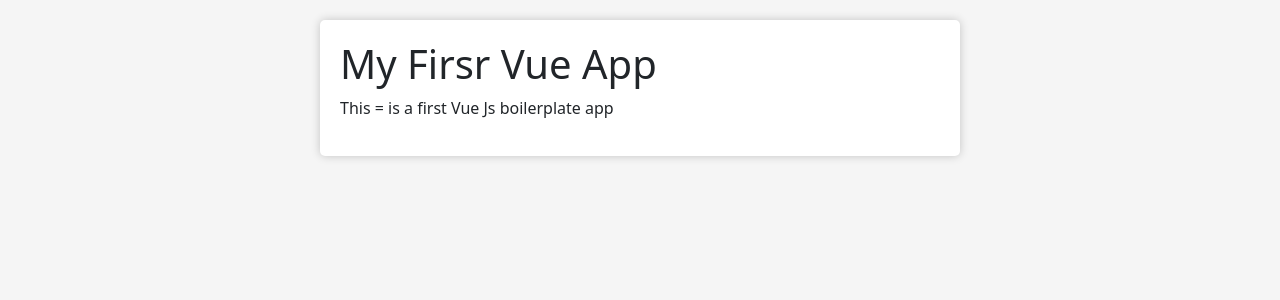
Repository: feyroozecode/intro-vue3-app
Page: index.html
An editor plug-in stored every save of this project. The page is shown before and after the next save, followed by the edit.
The browser window is 1280 px wide. The pictures show the whole page.

Above is the page before, as saved 2023-08-13 10:22:06.

### index.html
<!DOCTYPE html>
<html lang="en">
<head>
    <meta charset="UTF-8">
    <meta name="viewport" content="width=device-width, initial-scale=1.0">
    <title>VueJs 3</title>
    <link href="https://cdn.jsdelivr.net/npm/bootstrap@5.3.1/dist/css/bootstrap.min.css" rel="stylesheet" />
    <script src="https://unpkg.com/vue@3/dist/vue.global.js"></script>
</head>

<style>
    body {
        background-color: #f5f5f5;
        margin: 10;
    }
    #app {
        background-color: #fff;
        border-radius: 5px;
        padding: 20px;
        margin: 20px auto;
        width: 50%;
        box-shadow: 0 0 10px rgba(0,0,0,0.2);
    }
</style>

<body>

    <div id="app">

        <h1> {{ title }} </h1>
        <p> {{ message }} </p>

    </div>

    <script>
        const { createApp, ref } = Vue;

        const App = createApp({
            setup() {
                const title = ref('Hello World');
                return {
                    title: "My Firsr Vue App",
                    message: "This = is a first Vue Js boilerplate app"
                }
            }
        });
        App.mount('#app');
    </script>

</body>


</html>

After the next save:
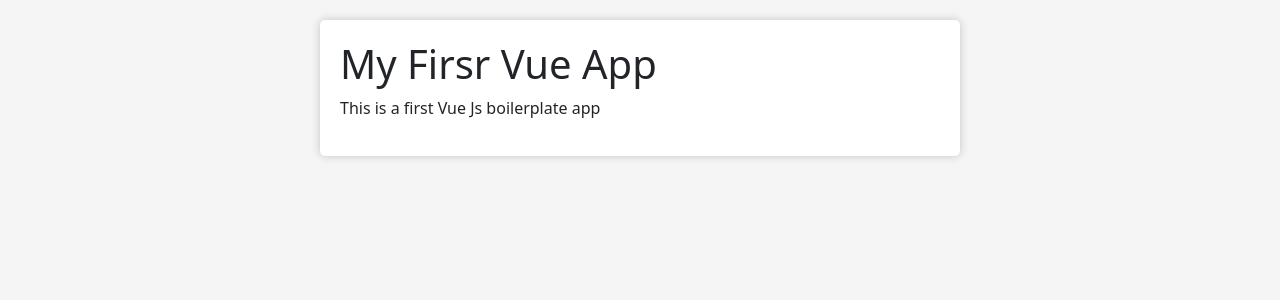
Saved 7 s later.
--- a/index.html
+++ b/index.html
@@ -40,7 +40,7 @@
                 const title = ref('Hello World');
                 return {
                     title: "My Firsr Vue App",
-                    message: "This = is a first Vue Js boilerplate app"
+                    message: "This is a first Vue Js boilerplate app"
                 }
             }
         });
